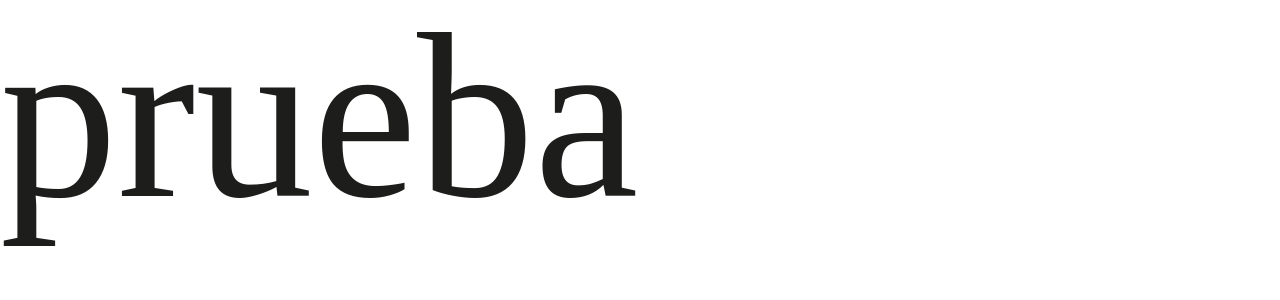
Repository: danielavelosar/InteractiveSVGwithNext
Page: /
An editor plug-in stored every save of this project. The page is shown before and after the next save, followed by the edit.
The browser window is 1280 px wide. The pictures show the whole page.
The project was rebuilt for these pictures with package versions that can differ from the ones it lists, and the page was loaded fresh each time. The framework's server and built-in components were replaced by stand-ins that run in the browser. Also part of the build but not shown: next.config.js.

Above is the page before, as saved 2022-12-02 17:15:06.

After the next save:
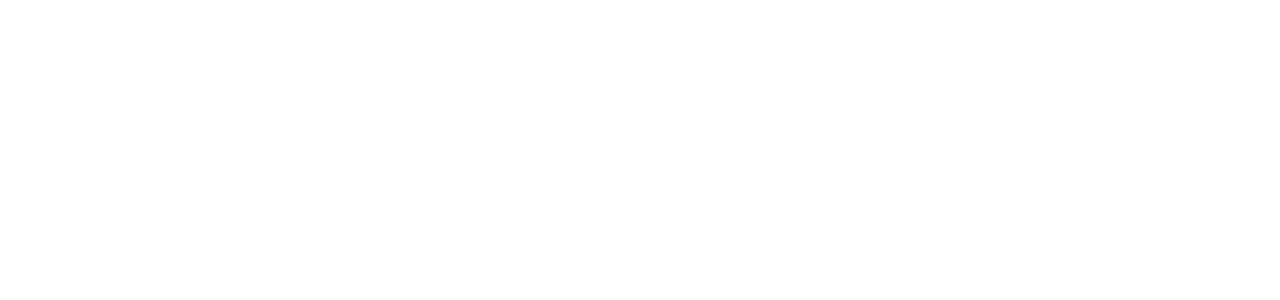
Saved 31 s later.
--- a/pages/index.tsx
+++ b/pages/index.tsx
@@ -15,7 +15,7 @@
             lorem.addEventListener( 'load', () => {
             svg2 = lorem.contentDocument;
             let pruebaTexto = svg2.querySelector('#textoId');
-            pruebaTexto.innerHTML = 'prueba';
+            pruebaTexto.innerHTML = '';
 
           });
 

After the save that followed:
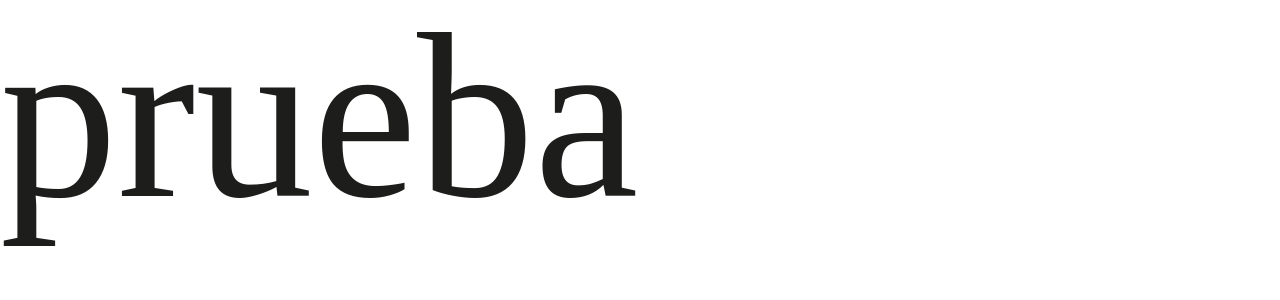
Saved 5 s later.
--- a/pages/index.tsx
+++ b/pages/index.tsx
@@ -15,7 +15,7 @@
             lorem.addEventListener( 'load', () => {
             svg2 = lorem.contentDocument;
             let pruebaTexto = svg2.querySelector('#textoId');
-            pruebaTexto.innerHTML = '';
+            pruebaTexto.innerHTML = 'prueba';
 
           });
 
